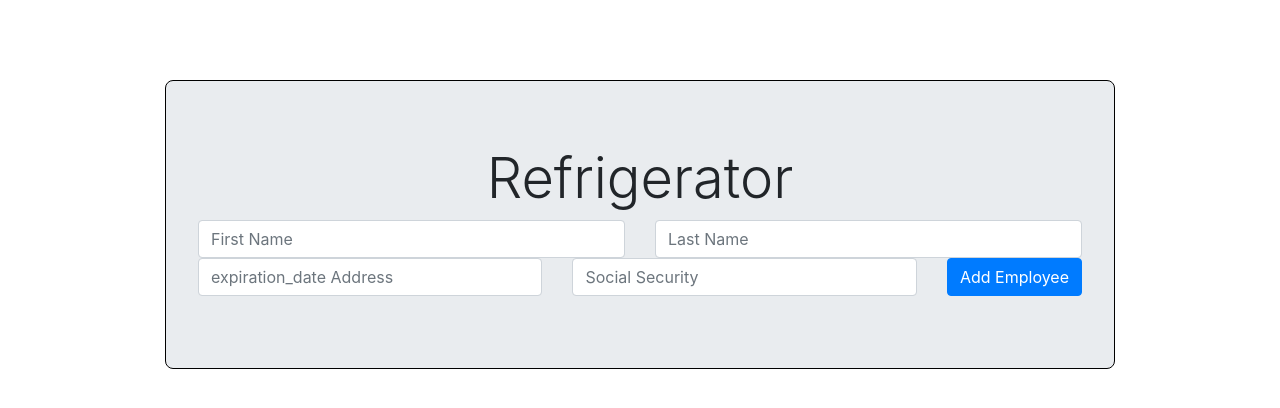
Repository: julianvanost/Week-06
Page: Day_03/FirstServer/public/index.html
These files come from the project's save history. The page is drawn as it stood at one moment and after a run of saves; the edit follows.
The browser window is 1280 px wide. The pictures show the whole page.
The page's requests for data from a server got no answer.

Above is the page before, as saved 2020-02-20 10:55:42.

After the next 2 saves:
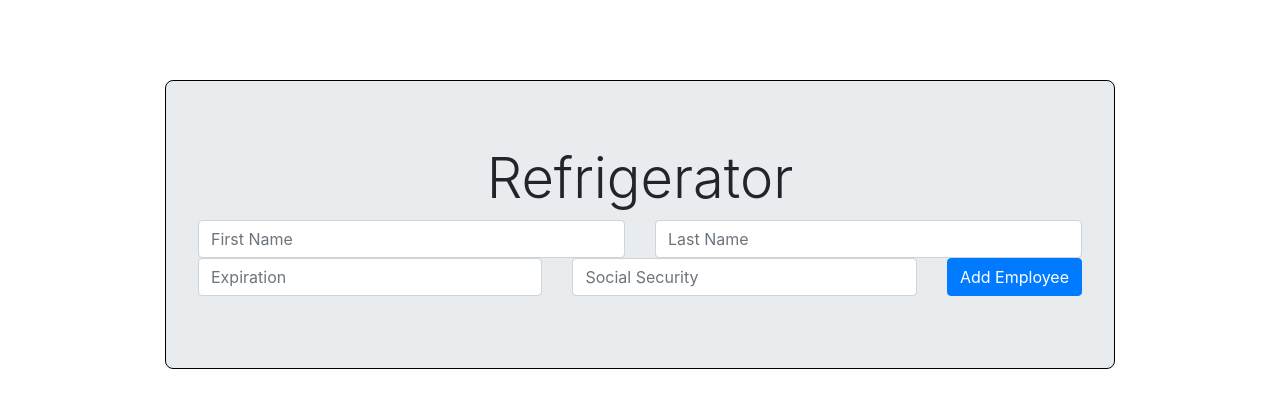
The 2 saves are shown as one change because they came seconds apart.
The last was saved 9 s later.
--- a/Day_03/FirstServer/public/index.html
+++ b/Day_03/FirstServer/public/index.html
@@ -33,7 +33,7 @@
         </div>
         <div class="row">
           <div class="col">
-            <input type="text" class="form-control" id="expiration_date" placeholder="expiration_date Address">
+            <input type="text" class="form-control" id="expiration_date" placeholder=Expiration Date Address">
           </div>
           <div class="col">
             <input type="text" class="form-control" id="ssn" placeholder="Social Security">
